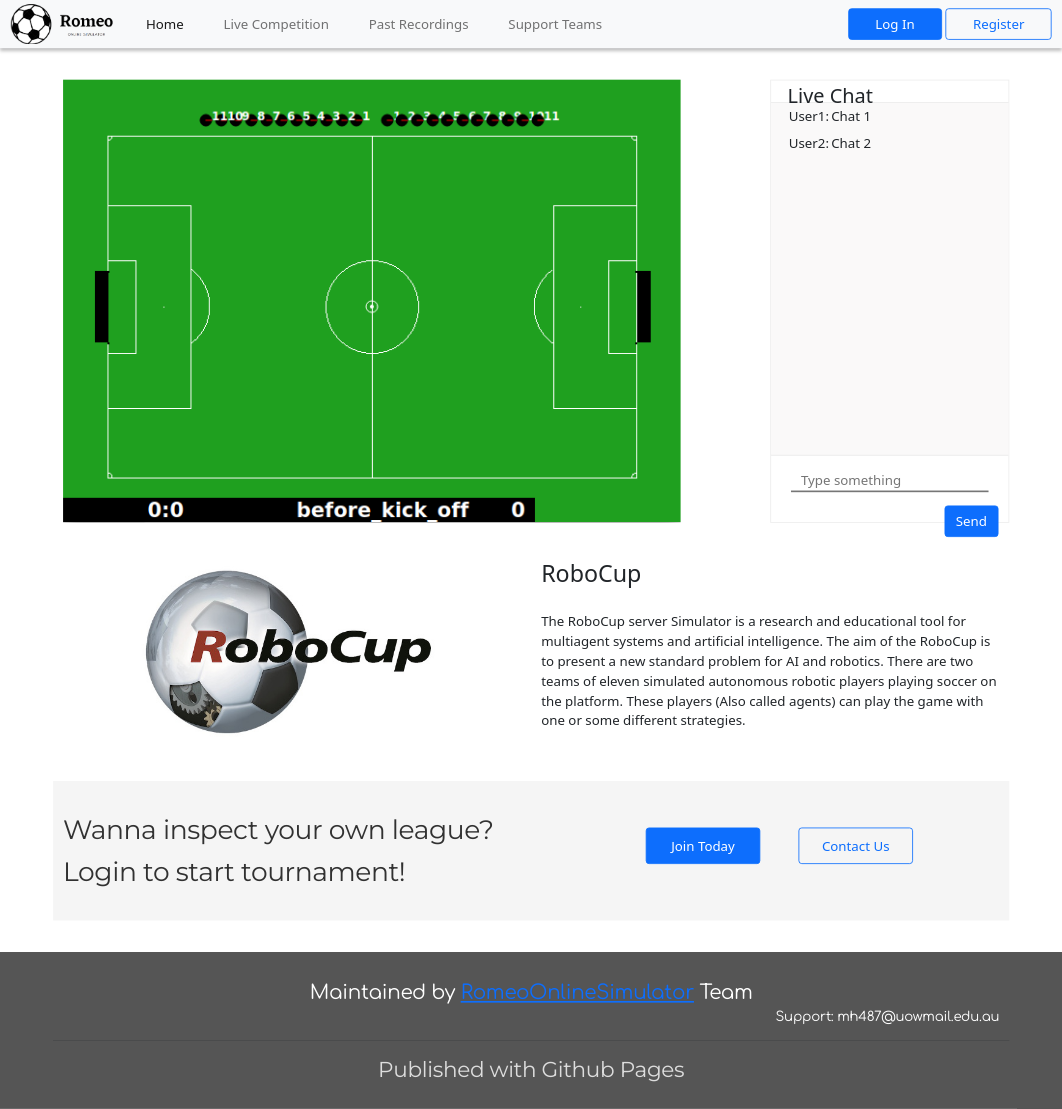
Repository: romeoonlinesim/romeoonlinesim.github.io
Page: competition.html
These files come from the project's save history. The page is drawn as it stood at one moment and after the next save; the edit follows.
The browser window is 1280 px wide. The pictures show the whole page, at 83% of full size.

Above is the page before, as saved 2021-05-19 21:58:53.

After the next save:
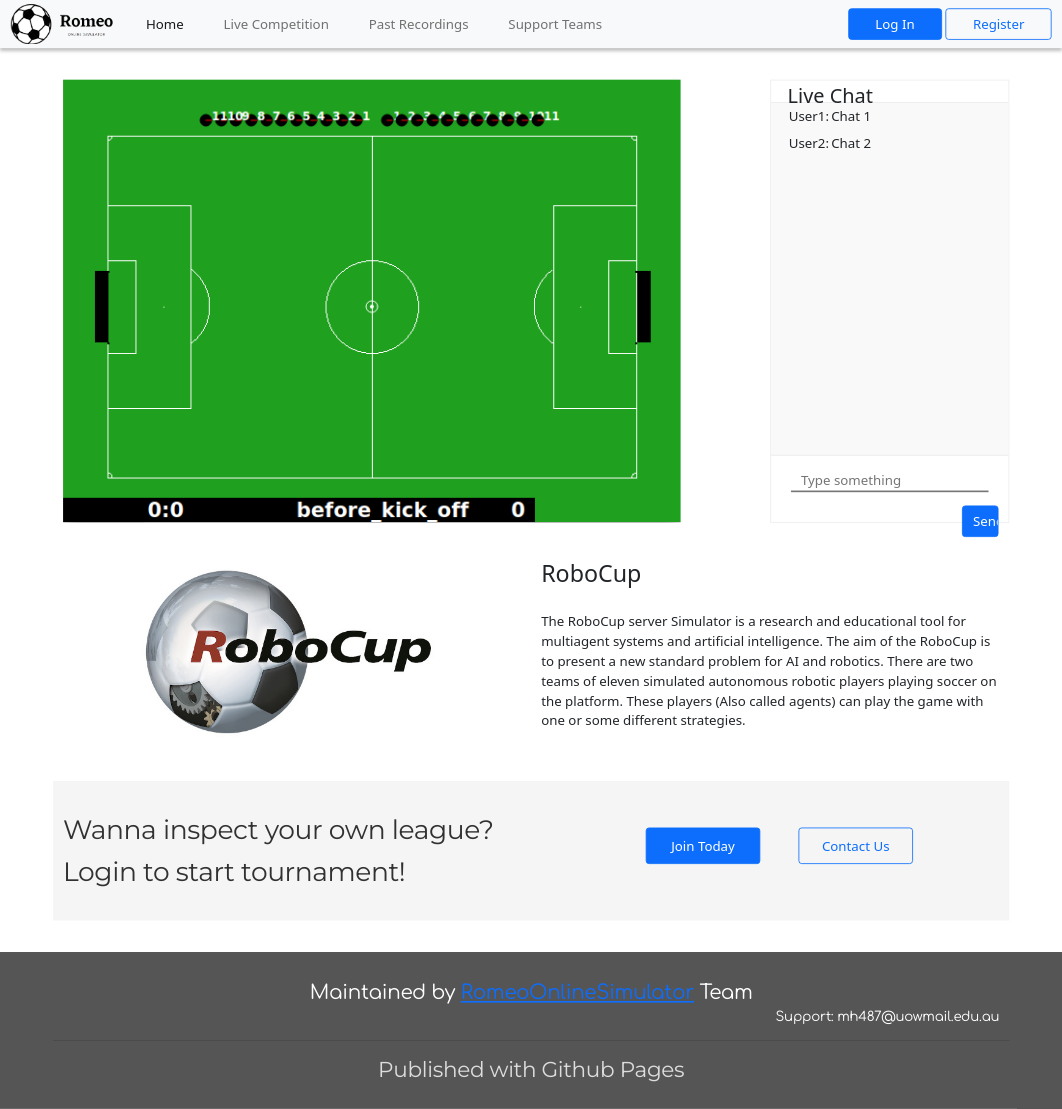
Saved 5 s later.
--- a/competition.html
+++ b/competition.html
@@ -242,7 +242,7 @@
                     <div class="already">
                     </div>
 
-                    <input type="button" class="btn btn-primary col-lg-3" value="Send" />
+                    <input type="button" class="btn btn-primary col-lg-2" value="Send" />
                 </div>
             </div>
         </div>
